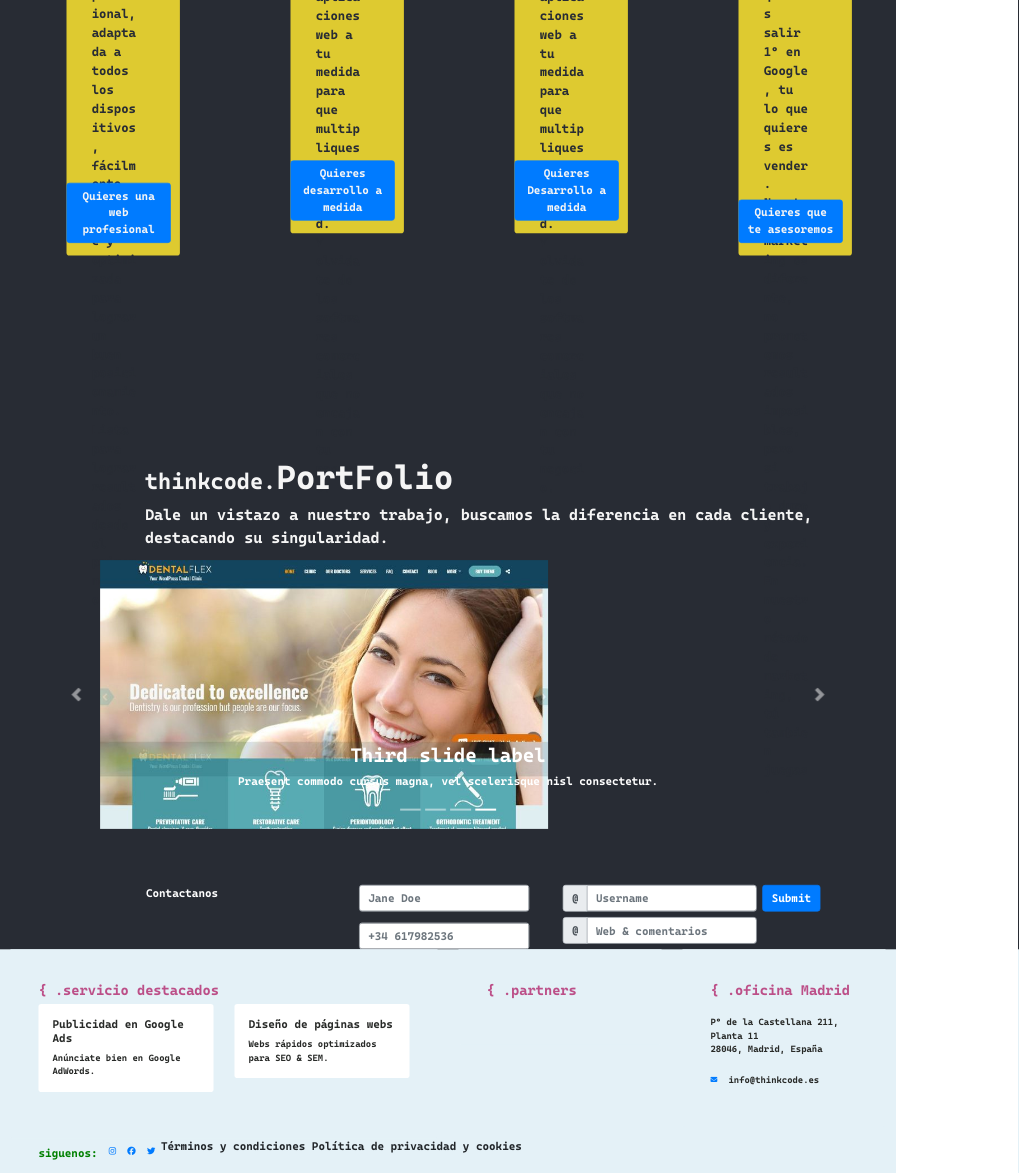
Repository: banchiec/thinkcode
Page: /
The author's editor kept a copy of each file at every save. The page is drawn from the files as they stood at one save, then again after the next save.
The browser window is 1280 px wide. The page is 1455 px wide, so the pictures cover 1455 px, including what lies to the right of the window. The pictures show the part of the page from y = 1583 to 3263 px (the page is 3259 px tall before and 3263 px after), at 70% of full size.
Some web libraries are served in a nearby version. The project was rebuilt for these pictures with package versions that can differ from the ones it lists, and the page was loaded fresh each time. A package was used in the major version that the imports need, not the one package.json lists. Also part of the build but not shown: src/components/MenuItems.js, src/components/Dropdownthink.css, src/components/Dropdownthink.js, src/components/pages/Consulting.js, src/components/pages/ContactUs.js, src/components/pages/Marketing.js, src/components/pages/Products.js, src/components/pages/Services.js and 1 more. Imported but missing from the stored project, and not drawn on this page: src/components/sliderInfo/SliderInfo.

Above is the page before, as saved 2020-11-30 14:39:21.

### public/index.html
<!DOCTYPE html>
<html lang="en">
  <head>
    <meta charset="utf-8" />
    <link rel="icon" href="%PUBLIC_URL%/favicon.ico" />
    <meta name="viewport" content="width=device-width, initial-scale=1" />
    <meta name="theme-color" content="#000000" />
    <meta
      name="description"
      content="Web site created using create-react-app"
    />
    <link rel="apple-touch-icon" href="%PUBLIC_URL%/logo192.png" />

    <!-- fontawesome -->
    <script src="https://kit.fontawesome.com/e7a02c1b14.js" crossorigin="anonymous"></script>
    <!-- jquery -->
    <script src="https://code.jquery.com/jquery-2-2.0.min.js"></script>
    <!--
      manifest.json provides metadata used when your web app is installed on a
      user's mobile device or desktop. See https://developers.google.com/web/fundamentals/web-app-manifest/
    -->
    <link rel="manifest" href="%PUBLIC_URL%/manifest.json" />
    <!--
      Notice the use of %PUBLIC_URL% in the tags above.
      It will be replaced with the URL of the `public` folder during the build.
      Only files inside the `public` folder can be referenced from the HTML.

      Unlike "/favicon.ico" or "favicon.ico", "%PUBLIC_URL%/favicon.ico" will
      work correctly both with client-side routing and a non-root public URL.
      Learn how to configure a non-root public URL by running `npm run build`.
    -->
    <title>React App</title>
  </head>
  <body>
    <noscript>You need to enable JavaScript to run this app.</noscript>
    <div id="root"></div>
    <!--
      This HTML file is a template.
      If you open it directly in the browser, you will see an empty page.

      You can add webfonts, meta tags, or analytics to this file.
      The build step will place the bundled scripts into the <body> tag.

      To begin the development, run `npm start` or `yarn start`.
      To create a production bundle, use `npm run build` or `yarn build`.
    -->


  </body>
</html>

### src/index.css
body {
  margin: 0;
  font-family: -apple-system, BlinkMacSystemFont, 'Segoe UI', 'Roboto', 'Oxygen',
    'Ubuntu', 'Cantarell', 'Fira Sans', 'Droid Sans', 'Helvetica Neue',
    sans-serif;
  -webkit-font-smoothing: antialiased;
  -moz-osx-font-smoothing: grayscale;
}

code {
  font-family: source-code-pro, Menlo, Monaco, Consolas, 'Courier New',
    monospace;
}
@font-face{
  font-family: 'CascadiaCode-Bold';
  src: local('CascadiaCode-Bold'), url(./fonts/CascadiaCode-Bold.ttf)
}

### src/App.js
import './App.css';
// import logo_thinkcode from './logo_thinkcode.png'
import React, {} from 'react'
import 'animate.css'
import Navbarthink from './components/Navbarthink'
import InfoSection from './components/infoSection/InfoSection'
import Pricing from './components/pricing/Pricing'
import Footer from './components/footer/Footer'
import Slide from './components/slide/Slide'
import FormContact from './components/forms/FormContact'
import {BrowserRouter as Router, Switch, Route} from 'react-router-dom'


// import Button  from 'react-bootstrap/Button'
// import 'bootstrap/dist/css/bootstrap.min.css'

// import {Navbar,Button, Nav , NavLink} from 'react-bootstrap'

import Consulting from './components/pages/Consulting'
import ContactUs from './components/pages/ContactUs'
import Home from './components/pages/Home'
import Marketing from './components/pages/Marketing'
import Products from './components/pages/Products'
import Services from './components/pages/Services'
import SignUp from './components/pages/SignUp'
// import InfoSection from './components/infoSection/InfoSection';

function App() {

  // const [click, setClick] = useState(false)
  // const [dropdown, setDropdown] = useState(false)




  return (
    <div className="App">
      <Router>
        <Navbarthink/>
        <Switch>
          <Route path='/consulting' exact component ={Consulting}></Route>
          <Route path='/contact-us' exact component ={ContactUs}></Route>
          <Route path='/' exact component ={Home}></Route>
          <Route path='/marketing' exact component ={Marketing}></Route>
          <Route path='/products' exact component ={Products}></Route>
          <Route path='/services' exact component ={Services}></Route>
          <Route path='/sign-up' exact component ={SignUp}></Route>
        </Switch>
        <InfoSection></InfoSection>
        <Pricing></Pricing>
        <Slide/>
        <FormContact></FormContact>
        <Footer/>
      </Router>

    </div>
  );
}

export default App;

### src/App.css
*{
  box-sizing: border-box;
  margin: 0;
  padding: 0;
  font-family: CascadiaCode-Bold;
  /* background: #282c34 ; */
  /* background: linear-gradient(90deg, rgb(76, 80, 88) 100%, rgb(8, 8, 9) 0%); */
}

.App {
  text-align: center;
  background: #282c34 ;
}

.App-logo {
  height: 40vmin;
  pointer-events: none;
}

.home, .services, .products,.contact-us,.sign-up, .marketing, .consulting{
  display: flex;
  height: 90vh;
  align-items: center;
  justify-content: center;
  font-size: 3rem;
}





@media (prefers-reduced-motion: no-preference) {
  .App-logo {
    animation: App-logo-spin infinite 20s linear;
  }
}

.App-header {
  background-color: #282c34;
  min-height: 100vh;
  display: flex;
  flex-direction: column;
  align-items: center;
  justify-content: center;
  font-size: calc(10px + 2vmin);
  color: white;
}

.App-link {
  color: #61dafb;
}

@keyframes App-logo-spin {
  from {
    transform: rotate(0deg);
  }
  to {
    transform: rotate(360deg);
  }
}

### src/components/Navbarthink.js
import React, { useState} from 'react'
import logo_thinkcode from '../images/logo_thinkcode.png'
// import logo_thinkcode from '../images/logo_thinkcode.png'
import { Buttonthink} from './Buttonthink'
import {Link} from 'react-router-dom'
import './Navbarthink.css'
import Dropdownthink from './Dropdownthink'

export default function Navbarthink(){
    const [click, setClick] = useState(false)
    const [dropdown, setDropdown] = useState(false)

    const handleClick = () => setClick(!click)
    const closeMobileMenu = () => setClick(false)

    const onMouseEnter = () =>{
        if(window.innerWidth < 960) {
        setDropdown(false)
        } else {
        setDropdown(true)
        }
    }
    const onMouseLeave = () =>{
        if(window.innerWidth < 960) {
        setDropdown(false)
        } else {
        setDropdown(false)
        }
    }

    return(
        <>
            <nav className="navbarthink">
                <Link to='/' className="navbar-logo">
                    {/* thinkcode */}
                    <img alt="" src={logo_thinkcode} width="300" height="40"></img>
                </Link>
                <div className='menu-icon' onClick={handleClick}>
                    <i className={click ? 'fas fa-times' : 'fas fa-bars'}
                    />
                </div>
                <ul className={ click ? 'nav-menu active' : 'nav-menu'}>

                    <li className='nav-item'>
                        <Link to='/' className='nav-links' onClick={closeMobileMenu}>
                            Home
                        </Link>
                    </li>
                    <li className='nav-item'
                        onMouseEnter={onMouseEnter}
                        onMouseLeave={onMouseLeave}
                        // onClick={handleClick}
                        >
                        <Link to='/services' className='nav-links' onClick={closeMobileMenu}>
                           Services
                           <i className='fas fa-caret-down' />
                        </Link>
                        {dropdown && <Dropdownthink/>}
                    </li>
                    <li className='nav-item'>
                        <Link to='/products' className='nav-links' onClick={closeMobileMenu}>
                            Products
                        </Link>
                    </li>
                    <li className='nav-item'>
                        <Link to='/contact-us' className='nav-links' onClick={closeMobileMenu}>
                           Contact Us
                        </Link>
                    </li>
                    <li className='nav-item'>
                        <Link to='/sign-up' className='nav-links-mobile' onClick={closeMobileMenu}>
                           Sign up
                        </Link>
                    </li>

                </ul>
                <Buttonthink />
            </nav>
        </>
    )

}

### src/components/forms/FormContact.js
import React from 'react'
import { Container, Col, Row, Form, InputGroup,Button, FormControl } from 'react-bootstrap'

export default function FormContact() {
    return (
        <div>
            <Container >
                <Row>
                    <Col lg ={4} md={4}>
                        <div className="text-contactanos text-white">
                            Contactanos
                        </div>
                    </Col>
                    <Col lg={8} className ="container-form" md={8}>
                        <Form inline>
                            <Form.Label htmlFor="inlineFormInputName2" className="" srOnly>
                                Name
                            </Form.Label>
                            <Form.Control
                                className="mb-2 mr-sm-5 ml-5"
                                id="inlineFormInputName2"
                                placeholder="Jane Doe"
                            />
                            <Form.Label htmlFor="inlineFormInputGroupUsername2" srOnly>
                                Username
                            </Form.Label>
                            <InputGroup className="mb-2 mr-sm-2">
                                <InputGroup.Prepend>
                                <InputGroup.Text>@</InputGroup.Text>
                                </InputGroup.Prepend>
                                <FormControl id="inlineFormInputGroupUsername2" placeholder="Username" />
                            </InputGroup>
                            <Button type="submit" className="mb-2">
                                Submit
                            </Button>
                        </Form>
                        <Form inline>
                            <Form.Label htmlFor="inlineFormImputName3" srOnly>
                                phone
                            </Form.Label>
                            <Form.Control
                                className="ml-5 mt-2"
                                id="inlineFormImputName3"
                                placeholder="+34 617982536"
                            />
                            <Form.Label htmlFor="inlineFormInputGroupUsername3" srOnly>
                                Web & comentarios
                            </Form.Label>
                            <InputGroup className="mb-2 mr-sm-2 ml-5">
                                <InputGroup.Prepend>
                                <InputGroup.Text>@</InputGroup.Text>
                                </InputGroup.Prepend>
                                <FormControl id="inlineFormInputGroupUsername3" placeholder="Web & comentarios" />
                            </InputGroup>

                        </Form>
                    </Col>
                </Row>

            </Container>

        </div>
    )
}

### src/components/pages/Home.js
import React,{useEffect} from 'react'
import '../sliderInfo/SliderInfo'

export default function Home() {

    useEffect(()=>{
    })
    return (
        <div>
            {/* <InfoSection></InfoSection> */}
            {/* <Pricing></Pricing> */}
            {/* <Slide/> */}
            {/* <Footer/> */}

           {/* <h1 className='consulting' >Thinkcode</h1> */}
        </div>
    )
}

### src/components/Buttonthink.js
import React  from 'react'
import './Buttonthink.css'
import {Link} from 'react-router-dom'

export function Buttonthink() {
        return (
            <Link to ='sing-up'>
               <button className='btnthink'>Sign think </button>
            </Link>
        )
}

### src/components/Navbarthink.css
.navbarthink{
  /* background: linear-gradient(9deg, rgb(66, 80, 88) 0%, rgb(8, 8, 9) 100%); */
  background: #282c34;

  height: 80px;
  display: flex;
  justify-content: center;
  align-items: center;
  font-size: 1.2rem;
}

.navbar-logo {
  color: #fff;
  justify-self: start;
  margin-left: 40px;
  cursor: pointer;
  text-decoration: none;
}

.fa-firstdraft {
  margin-left: 0.5rem;
  font-size: 1.6rem;
}

.nav-menu {
  display: grid;
  grid-template-columns: repeat(5, auto);
  grid-gap: 10px;
  list-style: none;
  text-align: center;
  width: 70vw;
  justify-content: end;
  margin-right: 2rem;
}

.nav-item {
  display: flex;
  align-items: center;
  height: 80px;
}

.nav-links {
  color: white;
  text-decoration: none;
  padding: 0.5rem 1rem;
}

.nav-links:hover {
  background-color: #1888ff;
  border-radius: 4px;
  transition: all 0.2s ease-out;
}

.fa-bars {
  color: #fff;
}

.nav-links-mobile {
  display: none;
}

.menu-icon {
  display: none;
}

@media screen and (max-width: 960px) {
  /* .text-propuesta {
    margin-top: 12rem;
  } */

  .fa-caret-down {
    display: none;
  }
  .NavbarItems {
    position: relative;
  }

  .nav-menu {
    display: flex;
    flex-direction: column;
    width: 100%;
    height: 90vh;
    position: absolute;
    top: 80px;
    left: -100%;
    opacity: 1;
    transition: all 0.9s ease;
  }

  .nav-menu.active {
    background: #2a2c30;
    left: 0;
    opacity: 1;
    transition: all 0.5s ease;
    z-index: 1;
  }

  .nav-links {
    text-align: center;
    padding: 2rem;
    width: 100%;
    display: table;
  }

  .nav-links:hover {
    background-color: #1888ff;
    border-radius: 0;
  }

  .navbar-logo {
    position: absolute;
    top: 0;
    left: 0;
    transform: translate(25%, 50%);
  }

  .menu-icon {
    display: block;
    position: absolute;
    top: 0;
    right: 0;
    transform: translate(-100%, 60%);
    font-size: 1.8rem;
    cursor: pointer;
  }

  .fa-times {
    color: #fff;
    font-size: 2rem;
  }

  .nav-links-mobile {
    display: block;
    text-align: center;
    padding: 1.5rem;
    margin: 2rem auto;
    border-radius: 4px;
    width: 80%;
    background: #1888ff;
    text-decoration: none;
    color: #fff;
    font-size: 1.5rem;
  }

  .nav-links-mobile:hover {
    background: #fff;
    color: #1888ff;
    transition: 250ms;
  }

  button {
    display: none;
  }
}

### src/components/infoSection/infoSection.css
.content-infoSection {
    /* padding: 0; */
    margin-top: 150px;
    background: #282c34 ;
    height: 700px;
    /* border: 1px solid rebeccapurple; */
}
.content-text-infoSection {
    margin-left: 12rem;
    margin-top: 8rem;
    text-align: start;
    /* border: 0; */
    /* padding: 0; */
    /* border: 1px solid whitesmoke; */
    color: whitesmoke;
}
.imagensvg-infoSection {
    padding: 0;
    /* border-right: 5px; */
    width: 800px;

}
.text-title-infoSection{
    font-size: 3rem;
    /* size: 12px; */
}
.text-infoSection {
    font-size: 22px;
}
@media screen and (max-width: 960px) {
    .content-infoSection {
        margin-top: 0px;
    }
    .text-infoSection{
        margin-top: 3rem;
        margin-left: 1rem;
        margin-right: 1rem;
    }
    .imagensvg-infoSection{
        margin-top: 5rem;
        width: 500px;
    }
    .content-text-infoSection {
        margin-left: 1rem;
    }
    .text-propuesta {
        margin-top: 15rem;
    }

}

### src/components/pricing/Pricing.css
.container-pricing {
    /* background-color: whitesmoke; */
    /* border: 1px solid white; */
    /* height:  800px; */
    background: linear-gradient(90deg, rgb(76, 80, 88) 100%, rgb(66, 66 66) 0%);
    /* z-index: -1; */
}
.container-card{
    padding-top: 4rem;
    align-content: center;
    padding: auto;
    text-align: start;
    /* height: 600px; */
    /* background-color: violet; */
    /* color: transparent; */
}
.card-pricing {
    /* width: 34rem; */
    margin-left: 5rem;
    background: #deca30;
    /* background: #3b4454; */
    /* background: linear-gradient(90deg, rgb(224, 242, 241) 0%, rgb(255, 255, 255) 100%); */
    margin-right: 3rem;
    height: 52rem;
}
.card-left {
    margin-top: 4rem;
}
.card-right {
    margin-top: 4rem;
}
.card-button {
    /* margin-top: 3rem; */
    /* margin-left: 13rem; */
    position: absolute;
    right: 13px;
    bottom: 18px;
    color: whitesmoke;
}
.text-card {
    padding-top: 1.5rem;
    padding-left: 1rem;
    padding-right: 2.5rem;
    color: #282c34;
    font-size: 18px;
}
.image-pricing {
    height: 15rem;
    width: 80%;
    align-self: center;
}
.title-card {
    /* padding-top: 0.2rem; */
    padding-left: 1rem;
    color: #282c34;
    font-size: 28px;
}
.text-propuesta {
    margin: 0 0.5rem;
    animation: bounce;
    animation-duration: 2s;
    color: whitesmoke;
    font-size: 3rem;
}

@media screen and (max-width: 960px){
    .text-propuesta{
        margin-top: 12rem;
    }
}

### src/components/footer/Footer.css
.container-footer {
    border: 0;
    /* padding: 0; */
    /* border: 1px solid green; */
    height: auto;
    background: #e4f1f7;
}
.card{
    /* padding-bottom: 22px; */
    border: 0;
    /* background: white; */
    text-align: left;
    font-size: small;
    width: auto;
    /* background: #deca30; */
}
.card-footer {
    padding-top: 10px;
    padding-bottom: 22px;
    border: 0;
    color: #282a28;
    background: #e4f1f7;
}
.text-card-footer  {
    padding: 0;
    margin-top: 1.5rem;
    font-size: small;
    text-align: start;
}
.title-footer{
    text-align: left;
    font-size: medium;
}
.title-card-footer {
    margin-top: 1rem;
    text-align: left;
    color: #bc4f88;
}
.pin-ic{
    margin-top: 12px;
    margin: 8px;
    position:center;
}

.pin-ic-enveloped{
    margin-top: 12px;
    /* margin: 8px; */
    margin-right: 1rem;
    position:center;
}
.iconos-redes-sociales{
    position: relative;
    margin-left: 2.5rem;
}
.text-siguenos{
    margin-top: 10px;
    margin-right: 8px;
    color: green;

}

### src/components/slide/Slide.css
.container-slider {
    margin-top: 10rem;
    border-top: 5rem;
    margin-bottom: 5rem;
}
.d-block {
    margin-left: 8rem;
    width: 40rem;
    height: 24rem;
    /* border:1px solid green; */
}

.container-secundary-slider .d-block {
    width: 20rem;
    height: 12rem;
    margin-left: 2rem;


}
.carousel-large {
    width: 100%;
}
@media screen and (max-width: 960px) {
    .d-block {
        margin-left: auto;
    }

}

### src/components/Buttonthink.css
:root{
    --primary: #1888ff;
}
.btnthink{
    padding: 8px 20px;
    border-radius: 4px;
    outline: none;
    border: none;
    font-size: 18px;
    color: #fff;
    cursor: pointer;
    background-color: var(--primary);
}
.btnthink:hover {
    padding: 6px 18px;
    transition: all 1.5s ease-out;
    background-color: transparent;
    color: #2a2a2a;
    border-radius: 4px;
    border: 2px solid var(--primary)
}

Loaded but not shown: src/index.js (common file); src/components/footer/Footer.js (102 lines, source omitted); src/components/pricing/Pricing.js (84 lines, source omitted); src/components/slide/Slide.js (84 lines, source omitted); src/components/infoSection/InfoSection.js (63 lines, source omitted)

After the next save:
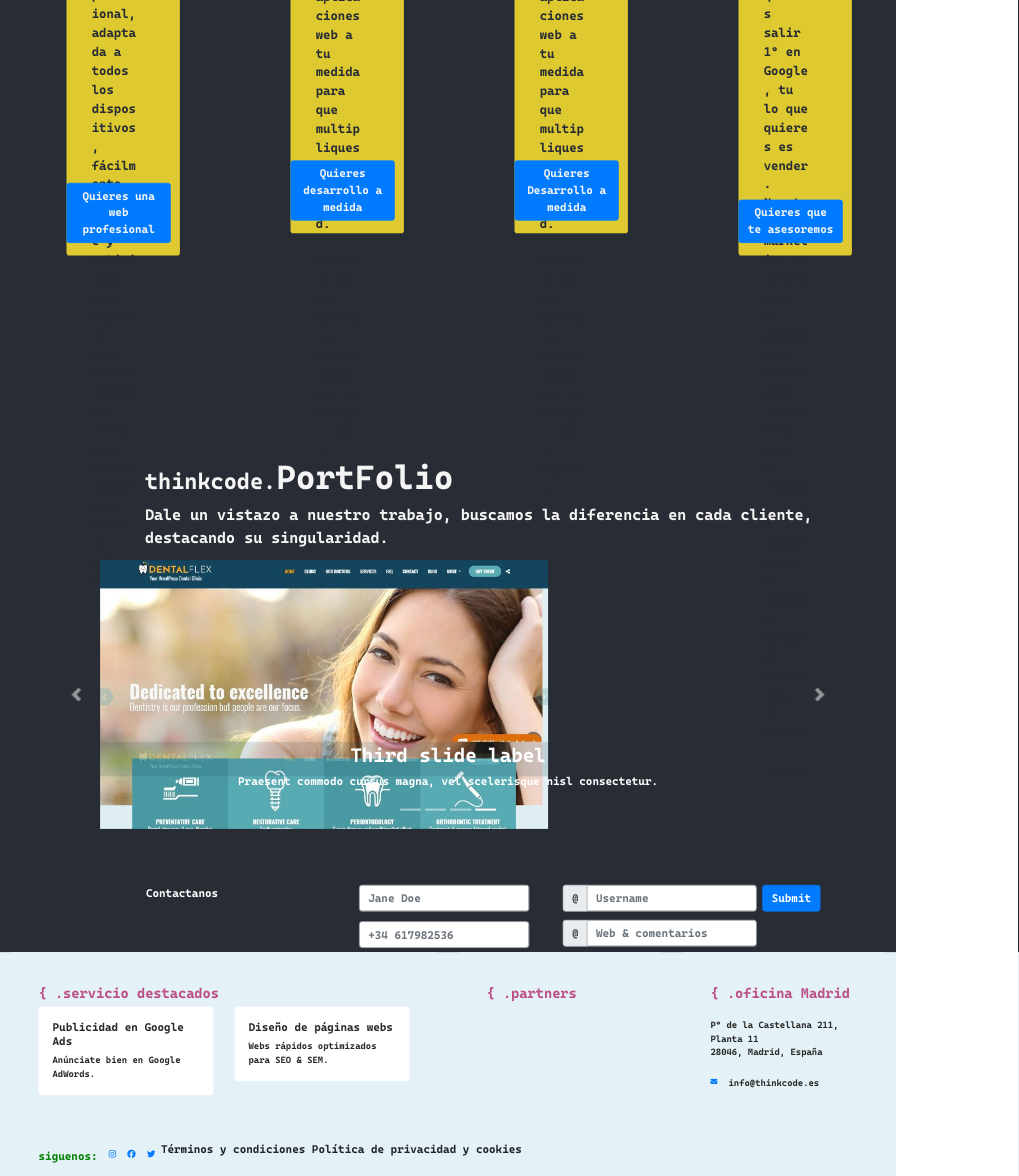
Saved 23 s later.
--- a/src/components/forms/FormContact.js
+++ b/src/components/forms/FormContact.js
@@ -39,14 +39,14 @@ export default function FormContact() {
                                 phone
                             </Form.Label>
                             <Form.Control
-                                className="ml-5 mt-2"
+                                className="ml-5 "
                                 id="inlineFormImputName3"
                                 placeholder="+34 617982536"
                             />
                             <Form.Label htmlFor="inlineFormInputGroupUsername3" srOnly>
                                 Web & comentarios
                             </Form.Label>
-                            <InputGroup className="mb-2 mr-sm-2 ml-5">
+                            <InputGroup className="mb-2 mt-1 mr-sm-2 ml-5">
                                 <InputGroup.Prepend>
                                 <InputGroup.Text>@</InputGroup.Text>
                                 </InputGroup.Prepend>
